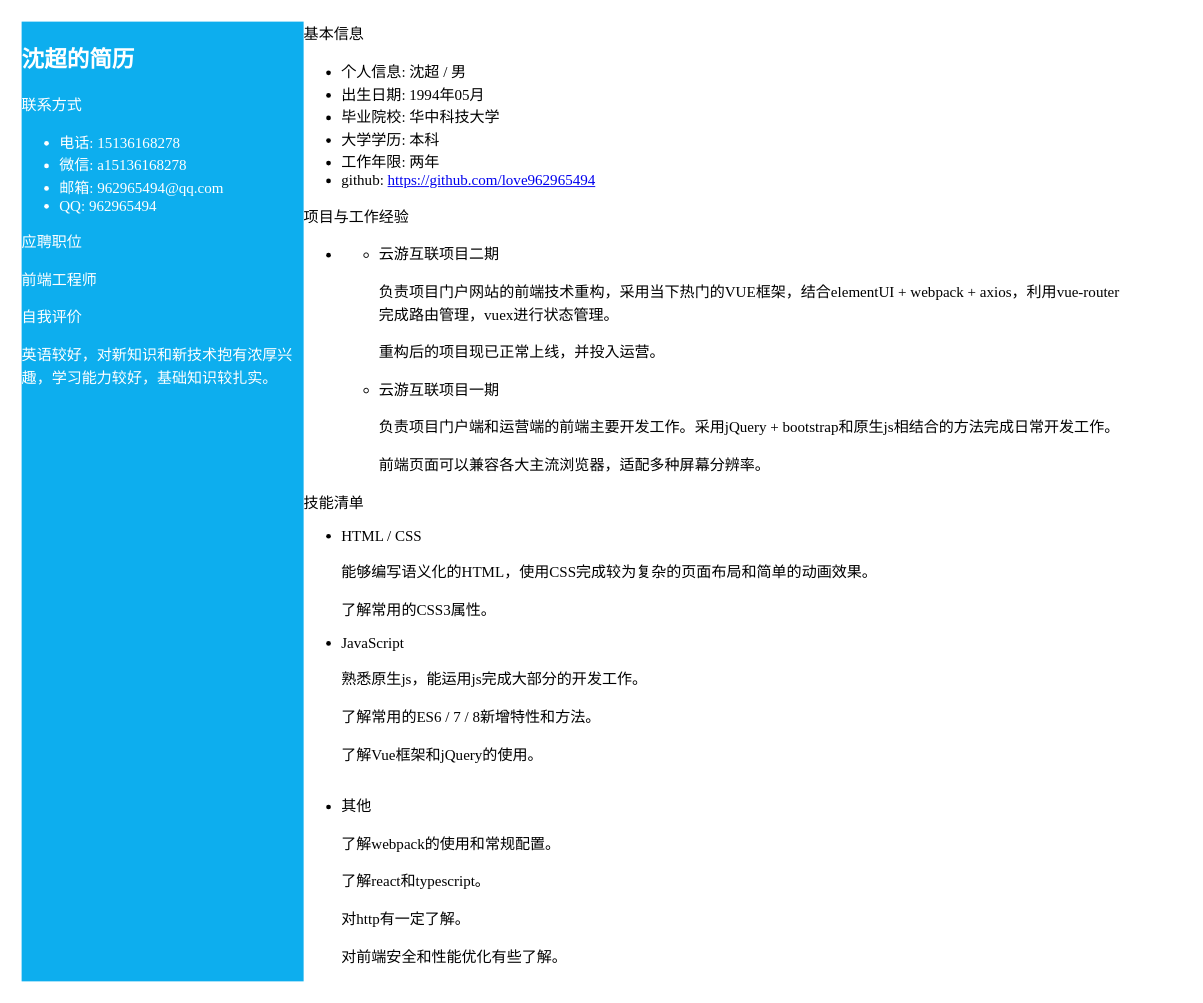
Repository: love962965494/my-resume
Page: index.html
The author's editor kept a copy of each file at every save. The page is drawn from the files as they stood at one save, then again after the next save.
The browser window is 1280 px wide. The pictures show the whole page, at 94% of full size.
The style sheet was rebuilt from its Sass, Less or Tailwind sources for each picture, by a compiler version that may differ from the author's.

Above is the page before, as saved 2018-09-02 16:56:47.

### index.html
<!DOCTYPE html>
<html lang="en">

<head>
  <meta charset="UTF-8">
  <meta name="viewport" content="width=device-width, initial-scale=1.0">
  <meta http-equiv="X-UA-Compatible" content="ie=edge">
  <title>沈超的简历</title>
  <link rel="stylesheet" href="./styles/myResume.css">
</head>

<body>
  <div id="container" class="container flex">
    <!-- 左边栏 -->
    <aside class="content__left">
      <!-- 头像区域 -->
      <div class="logo">
        <h2 class="text-center">沈超的简历</h2>
      </div>

      <!-- 联系方式区域 -->
      <div class="msg-info info">
        <span class="title">
          <i class="fas fa-pencil-alt"></i>
          <span>联系方式</span>
        </span>
        <ul class="contact-list">
          <li>
            <span>
              <i class="fas fa-mobile-alt"></i>
            </span>
            <span>电话:</span>
            <span>15136168278</span>
          </li>
          <li>
            <span>
              <i class="fab fa-weixin"></i>
            </span>
            <span>微信:</span>
            <span>a15136168278</span>
          </li>
          <li>
            <span>
              <i class="far fa-envelope"></i>
            </span>
            <span>邮箱:</span>
            <span>962965494@qq.com</span>
          </li>
          <li>
            <span>
              <i class="fab fa-qq"></i>
            </span>
            <span>QQ:</span>
            <span>962965494</span>
          </li>
        </ul>
      </div>

      <!-- 应聘职位区域 -->
      <div class="application-info info">
        <span class="title">
          <i class="fas fa-pencil-alt"></i>
          <span>应聘职位</span>
        </span>
        <p class="application-job">前端工程师</p>
      </div>

      <!-- 个人评价区域 -->
      <div class="self-evaluation-info info">
        <span class="title">
          <i class="fas fa-pencil-alt"></i>
          <span>自我评价</span>
        </span>
        <p class="self-evaluate">英语较好，对新知识和新技术抱有浓厚兴趣，学习能力较好，基础知识较扎实。</p>
      </div>
    </aside>

    <!-- 右边栏 -->
    <div class="content__right">
      <!-- 基本信息 -->
      <div class="basic-info info">
        <div class="header">
          <i class="fas fa-anchor"></i>
          <span>基本信息</span>
        </div>
        <div class="content">
          <ul>
            <li>
              <span>个人信息:</span>
              <span>沈超&nbsp;/&nbsp;男</span>
            </li>
            <li>
              <span>出生日期:</span>
              <span>1994年05月</span>
            </li>
            <li>
              <span>毕业院校:</span>
              <span>华中科技大学</span>
            </li>
            <li>
              <span>大学学历:</span>
              <span>本科</span>
            </li>
            <li>
              <span>工作年限:</span>
              <span>两年</span>
            </li>
            <li>
              <span>github:</span>
              <span><a href="https://github.com/love962965494" target="_blank">https://github.com/love962965494</a></span>
            </li>
          </ul>
        </div>
      </div>

      <!-- 项目经验 -->
      <div class="experience-info info">
        <div class="header">
          <i class="fas fa-anchor"></i>
          <span>项目与工作经验</span>
        </div>
        <div class="content">
          <ul>
            <li>
              <div class="company-info"></div>
              <ul class="work-experience-list">
                <li>
                  <div class="work-name circle">云游互联项目二期</div>
                  <div class="work-info">
                    <p>负责项目门户网站的前端技术重构，采用当下热门的VUE框架，结合elementUI + webpack + axios，利用vue-router完成路由管理，vuex进行状态管理。</p>
                    <p>重构后的项目现已正常上线，并投入运营。</p>
                  </div>
                  <div class="work-picture"></div>
                </li>
                <li style="padding-top: 0">
                  <div class="work-name circle">云游互联项目一期</div>
                  <div class="work-info">
                    <p>负责项目门户端和运营端的前端主要开发工作。采用jQuery + bootstrap和原生js相结合的方法完成日常开发工作。</p>
                    <p>前端页面可以兼容各大主流浏览器，适配多种屏幕分辨率。</p>
                  </div>
                  <div class="work-picture"></div>
                </li>
              </ul>
            </li>
            </li>
          </ul>
        </div>
      </div>

      <!-- 技能清单 -->
      <div class="skill-info info">
        <div class="header">
          <i class="fas fa-anchor"></i>
          <span>技能清单</span>
        </div>
        <div class="content">
          <ul class="skill-list">
            <li>
              <div class="skill-name circle">HTML / CSS</div>
              <div class="skill-info">
                <p>能够编写语义化的HTML，使用CSS完成较为复杂的页面布局和简单的动画效果。</p>
                <p>了解常用的CSS3属性。</p>
              </div>
            </li>
            <li>
              <div class="skill-name circle">JavaScript</div>
              <div class="skill-info">
                <p>熟悉原生js，能运用js完成大部分的开发工作。</p>
                <p>了解常用的ES6 / 7 / 8新增特性和方法。</p>
                <p>了解Vue框架和jQuery的使用。</p>
              </div>
            </li>
            <li style="border-top: 15px solid transparent;">
              <div class="skill-name circle">其他</div>
              <div class="skill-info">
                <p>了解webpack的使用和常规配置。</p>
                <p>了解react和typescript。</p>
                <p>对http有一定了解。</p>
                <p>对前端安全和性能优化有些了解。</p>
              </div>
            </li>
          </ul>
        </div>
      </div>
    </div>
  </div>
</body>

</html>

### styles/myResume.scss
@mixin text-center {
  text-align: center;
}

@media (min-width: 992px) {
  .container {
    width: 970px;
  }
}

@media (min-width: 1200px) {
  .container {
    width: 1170px;
  }
}

.container {
  display: grid;
  grid-template-columns: 300px 1fr;
  justify-content: center;
  padding: 15px;
}

.content__left {
  background-color: #0daeee;
  color: #fff;
}

After the next save:
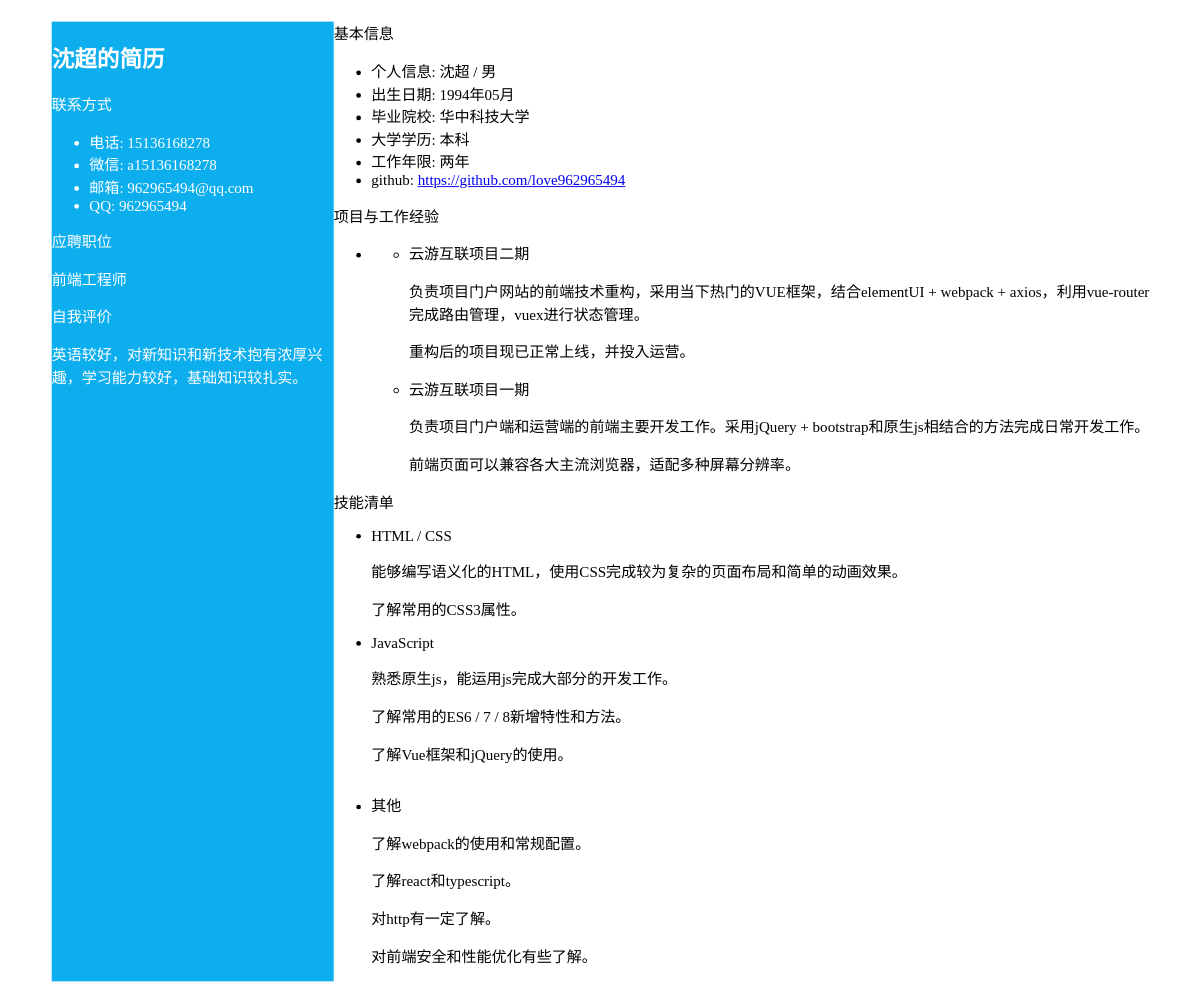
Saved 31 s later.
--- a/styles/myResume.scss
+++ b/styles/myResume.scss
@@ -17,8 +17,8 @@
 .container {
   display: grid;
   grid-template-columns: 300px 1fr;
-  justify-content: center;
   padding: 15px;
+  margin: auto;
 }
 
 .content__left {
